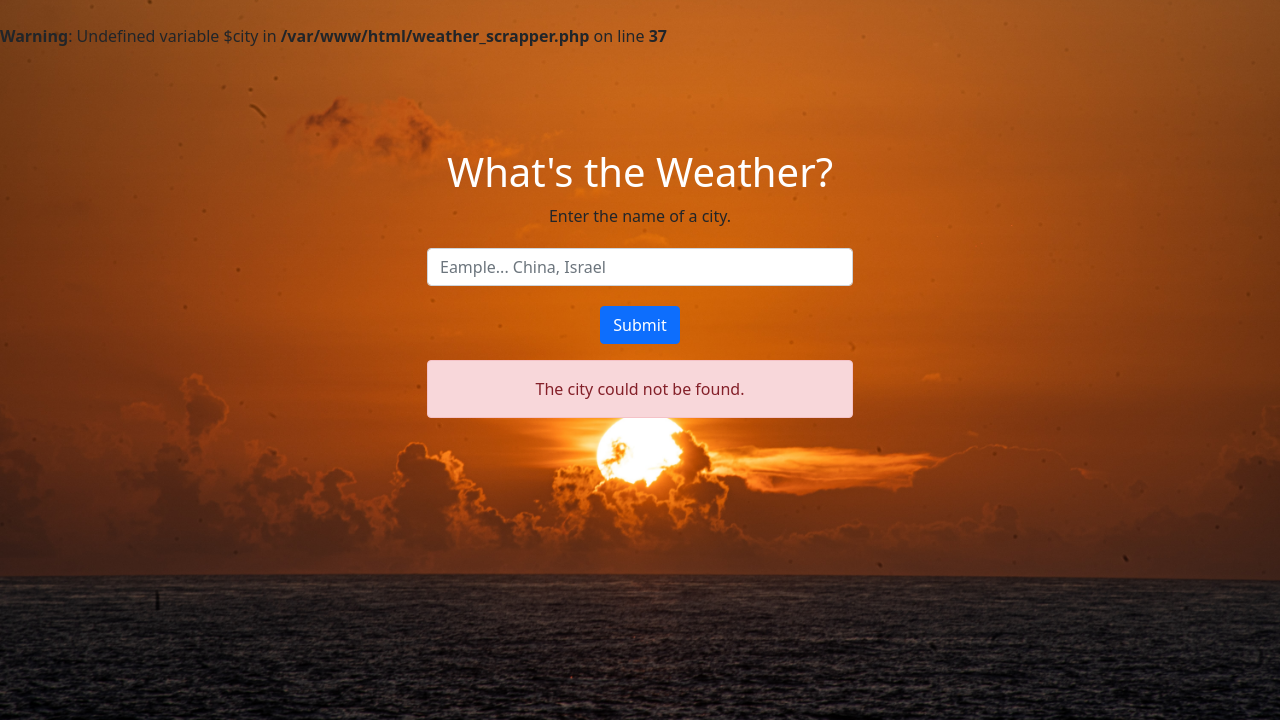
Repository: Ashwin1510/php_projectgh
Page: http://localhost/weather_scrapper.php
An editor plug-in stored every save of this project. The page is shown before and after the next save, followed by the edit.
The browser window is 1280 px wide. The pictures show the whole page.
The page is run by PHP 8.4 with error messages shown; the project is at /var/www/html/.

Above is the page before, as saved 2022-12-16 12:55:51.

After the next save:
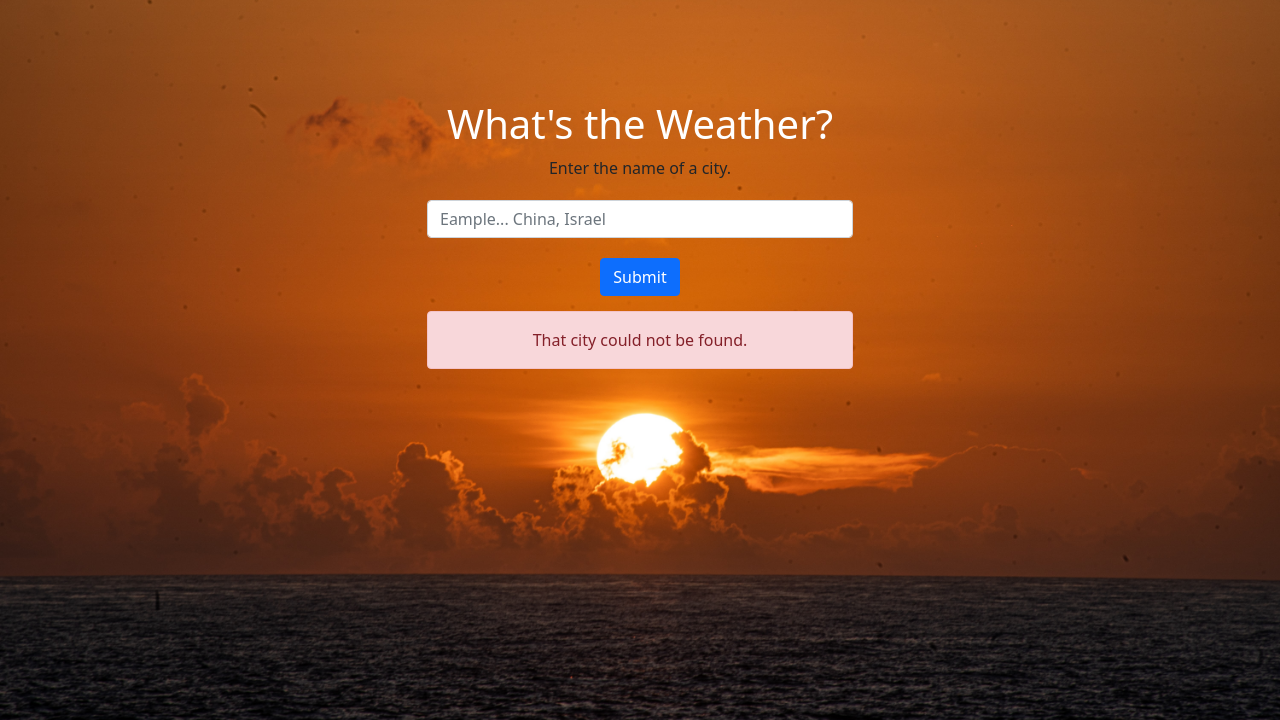
Saved 2 min 27 s later.
--- a/weather_scrapper.php
+++ b/weather_scrapper.php
@@ -29,12 +29,12 @@
                 }
             }
             else {
-                $error = "The $city city could not be found.";
+                $error = "That city could not be found.";
             }
         }//end file headers are NOT empty! :)
     }
     else {
-        $error = "The $city city could not be found.";
+        $error = "That city could not be found.";
     }//end of array key exists test
 ?>
 
